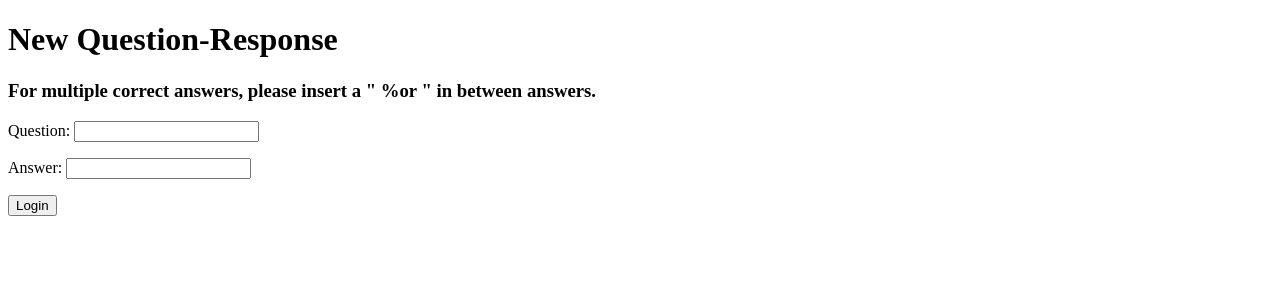
Repository: sarahhtn/CS108_final_project
Page: QuizWebsite/WebContent/CreateQR.html
These files come from the project's save history. The page is drawn as it stood at one moment and after the next save; the edit follows.
The browser window is 1280 px wide. The pictures show the whole page.

Above is the page before, as saved 2013-11-16 21:24:45.

### QuizWebsite/WebContent/CreateQR.html
<!DOCTYPE html PUBLIC "-//W3C//DTD HTML 4.01 Transitional//EN" "http://www.w3.org/TR/html4/loose.dtd">
<html>
<head>
<meta http-equiv="Content-Type" content="text/html; charset=UTF-8">
<title>Create a New Question-Response</title>
</head>
<body>
<h1>New Question-Response</h1>
<h3>For multiple correct answers, please insert a " %or " in between answers.</h3>

<form action="QRServlet" method="post">
<p>Question: <input type="text" name="name" /></p>
<p>Answer: <input type="password" name="pw" /></p>
<input type="submit" value="Login"/>
</form>

</body>
</html>

After the next save:
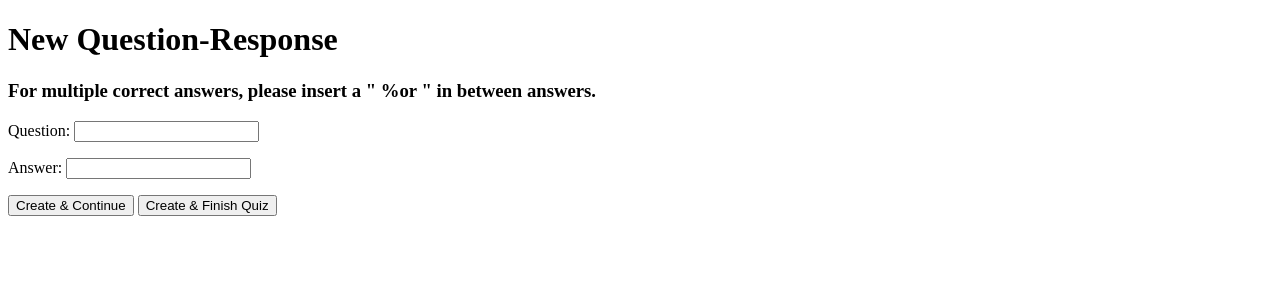
Saved 6 min 9 s later.
--- a/QuizWebsite/WebContent/CreateQR.html
+++ b/QuizWebsite/WebContent/CreateQR.html
@@ -11,7 +11,8 @@
 <form action="QRServlet" method="post">
 <p>Question: <input type="text" name="name" /></p>
 <p>Answer: <input type="password" name="pw" /></p>
-<input type="submit" value="Login"/>
+<input type="submit" value="Create & Continue"/>
+<input type="submit" value="Create & Finish Quiz"/>
 </form>
 
 </body>
